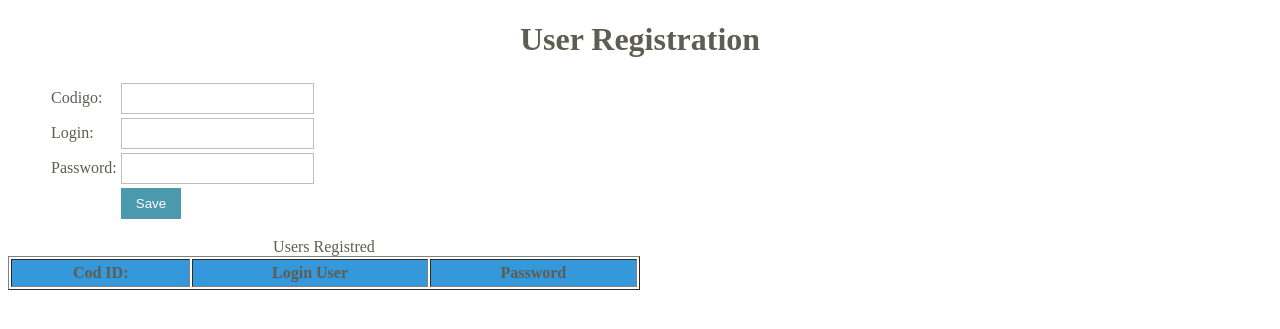
Repository: ViniciusBeletella/project-jsp
Page: http://localhost/project-jsp/userRegistration.jsp
These files come from the project's save history. The page is drawn as it stood at one moment and after the next save; the edit follows.
The browser window is 1280 px wide. The pictures show the whole page.
The page is served by Tomcat 9. Other server files are loaded and not shown.

Above is the page before, as saved 2019-12-27 07:47:50.

### project-jsp/WebContent/userRegistration.jsp
<%@ page language="java" contentType="text/html; charset=UTF-8"
	pageEncoding="UTF-8"%>
<%@ taglib uri="http://java.sun.com/jsp/jstl/core" prefix="c"%>
<!DOCTYPE html>
<html>
<head>
<meta charset="UTF-8">
<title>User Registration</title>
<link rel="stylesheet" href="resources/css/registration.css">
</head>
<body>

	<center>
		<h1>User Registration</h1>
	</center>
	</tr>
	<tr></tr>
	<tr>

			<form action="saveUser" method="post">
				<ul class="form-style-1">
					<li>
						<table>
							<tr>
								<td>Codigo:</td>
								<td><input type="text" readonly="readonly" id="id"
									name="id" value="${user.id}"></td>
							</tr>
							<tr>
								<td>Login:</td>
								<td><input type="text" id="login" name="login"
									value="${user.login}"></td>
							</tr>

							<tr>
								<td>Password:</td>
								<td><input type="password" id="password" name="password"
									value="${user.password}"></td>
							</tr>
							<tr>
								<td></td>
								<td><input type="submit" value="Save"></td>
							</tr>
						</table>
					</li>
				</ul>
			</form>

		<table border="1" width="50%" height="50%" cellpadding="4" margin-left="auto" margin-right="auto">
				<caption>Users Registred</caption>
				<tr bgcolor="#3498DB">
				<th>Cod ID:</th>
				<th>Login User</th>
				<th>Password</th>
			</tr>
			<c:forEach items="${users}" var="userL">
				<tr>
					<td style="width: 150px"><c:out value="${userL.id}"></c:out></td>
					<td style="width: 150px"><c:out value="${userL.login}"></c:out></td>
					<td style="width: 150px"><c:out value="${userL.password}"></c:out></td>
					<td><c:out value="${user.password}"></c:out></td>
					<td><a href="saveUser?acao=delete&user=${userL.login}">Delete</a>
					</td>
					<td><a href="saveUser?acao=edit&user=${userL.login}">Edit</a></td>

				</tr>

			</c:forEach>
		</table>

</body>
</html>

### project-jsp/WebContent/resources/css/registration.css

<style type="text/css">
.form-style-1 {
	margin:10px auto;
	max-width: 400px;
	text-align:center;
	padding: 20px 12px 10px 20px;
	font: 13px "Lucida Sans Unicode", "Lucida Grande", sans-serif;
}
.form-style-1 li {
	padding: 0;
	display: block;
	list-style: none;
	margin: 10px 0 0 0;
}
.form-style-1 label{
	margin:0 0 3px 0;
	padding:0px;
	text-align:center;
	display:block;
	font-weight: bold;
}
.form-style-1 input[type=text],
.form-style-1 input[type=password],
.form-style-1 input[type=date],
.form-style-1 input[type=datetime],
.form-style-1 input[type=number],
.form-style-1 input[type=search],
.form-style-1 input[type=time],
.form-style-1 input[type=url],
.form-style-1 input[type=email],
textarea,
select{
	box-sizing: border-box;
	-webkit-box-sizing: border-box;
	-moz-box-sizing: border-box;
	border:1px solid #BEBEBE;
	padding: 7px;
	margin:0px;
	-webkit-transition: all 0.30s ease-in-out;
	-moz-transition: all 0.30s ease-in-out;
	-ms-transition: all 0.30s ease-in-out;
	-o-transition: all 0.30s ease-in-out;
	outline: none;
}
.form-style-1 input[type=text]:focus,
.form-style-1 input[type=password]:focus,
.form-style-1 input[type=date]:focus,
.form-style-1 input[type=datetime]:focus,
.form-style-1 input[type=number]:focus,
.form-style-1 input[type=search]:focus,
.form-style-1 input[type=time]:focus,
.form-style-1 input[type=url]:focus,
.form-style-1 input[type=email]:focus,
.form-style-1 textarea:focus,
.form-style-1 select:focus{
	-moz-box-shadow: 0 0 8px #88D5E9;
	-webkit-box-shadow: 0 0 8px #88D5E9;
	box-shadow: 0 0 8px #88D5E9;
	border: 1px solid #88D5E9;
}
.form-style-1 .field-divided{
	width: 49%;
}

.form-style-1 .field-long{
	width: 100%;
}
.form-style-1 .field-select{
	width: 100%;
}
.form-style-1 .field-textarea{
	height: 100px;
}
.form-style-1 input[type=submit], .form-style-1 input[type=button]{
	background: #4B99AD;
	padding: 8px 15px 8px 15px;
	border: none;
	color: #fff;
}
.form-style-1 input[type=submit]:hover, .form-style-1 input[type=button]:hover{
	background: #4691A4;
	box-shadow:none;
	-moz-box-shadow:none;
	-webkit-box-shadow:none;
}
.form-style-1 .required{
	color:red;
}
$bp-maggie: 15em;
$bp-lisa: 30em;
$bp-bart: 48em;
$bp-marge: 62em;
$bp-homer: 75em;


* {
 @include box-sizing(border-box);

 &:before,
 &:after {
   @include box-sizing(border-box);
 }
}

body {
  font-family: $helvetica;
  color: rgba(94,93,82,1);
}

a {
  color: rgba(51,122,168,1);

  &:hover,
  &:focus {
    color: rgba(75,138,178,1);
  }
}


.tableaa {
	border="1"
	width="50%
	height="50%"
	cellpadding="4";

	margin-left: auto;
	margin-right: auto;
}



.flat-table {
  display: block;
  font-family: sans-serif;
  margin-left: auto;
  margin-right: auto;
  -webkit-font-smoothing: antialiased;
  font-size: 115%;
  overflow: auto;
  width: auto;

  th {
    background-color: rgb(112, 196, 105);
    color: white;
    font-weight: normal;
    padding: 20px 30px;
    text-align: center;
  }
  td {
    background-color: rgb(238, 238, 238);
    color: rgb(111, 111, 111);
    padding: 20px 30px;

  }
}
}

After the next save:
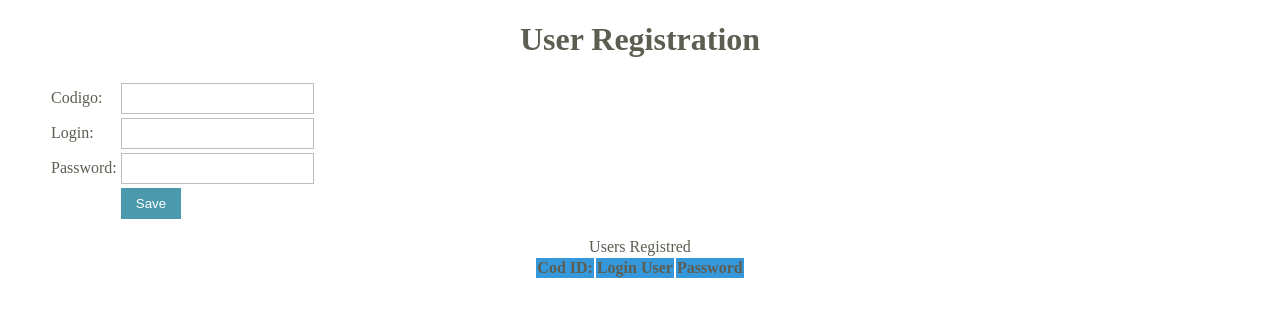
Saved 77 s later.
--- a/project-jsp/WebContent/userRegistration.jsp
+++ b/project-jsp/WebContent/userRegistration.jsp
@@ -46,7 +46,7 @@
 				</ul>
 			</form>
 
-		<table border="1" width="50%" height="50%" cellpadding="4" margin-left="auto" margin-right="auto">
+		<table class="tableaa">
 				<caption>Users Registred</caption>
 				<tr bgcolor="#3498DB">
 				<th>Cod ID:</th>
